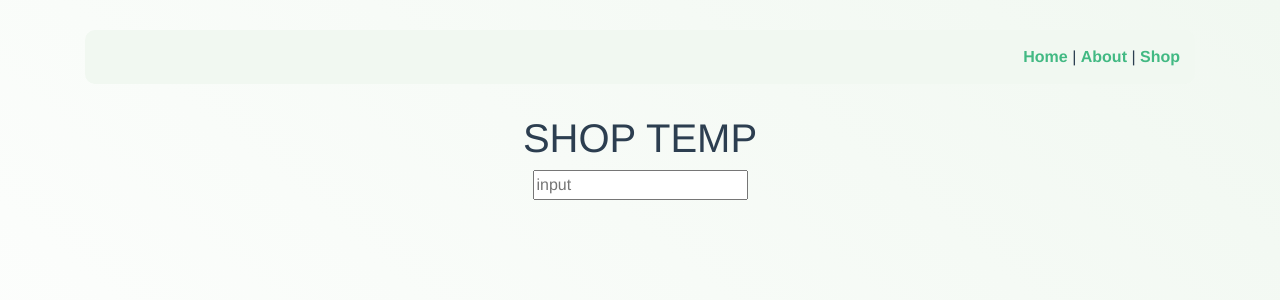
Repository: ramcd86/vuetest
Page: /#/shop
An editor plug-in stored every save of this project. The page is shown before and after the next save, followed by the edit.
The browser window is 1280 px wide. The pictures show the whole page.
The project was rebuilt for these pictures with package versions that can differ from the ones it lists, and the page was loaded fresh each time. Requests to the local data server were answered from the project's data file. Also part of the build but not shown: src/components/HelloWorld.vue, src/views/Home.vue.

Above is the page before, as saved 2019-07-08 11:27:38.

After the next save:
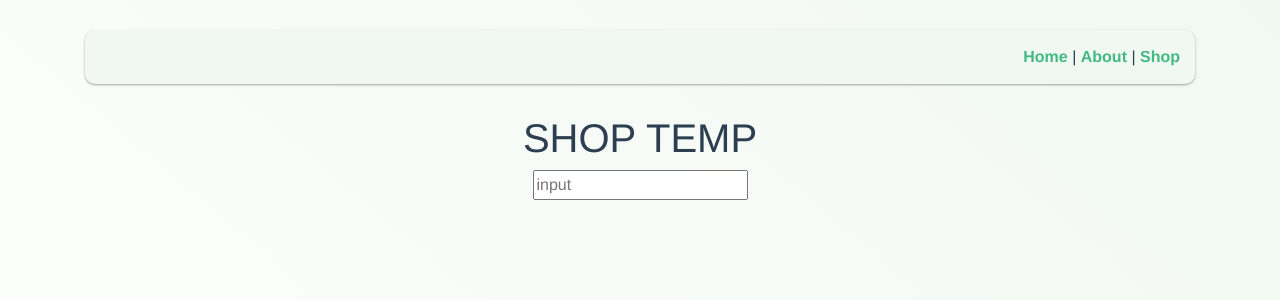
Saved 21 s later.
--- a/src/App.vue
+++ b/src/App.vue
@@ -51,6 +51,8 @@ export default {
   background-color: #f1f8f1;
   padding: 15px;
   border-radius: 10px;
+    box-shadow: 0 1px 3px rgba(0,0,0,0.12), 0 1px 2px rgba(0,0,0,0.24);
+  transition: all 0.3s cubic-bezier(.25,.8,.25,1);
 }
 
 #app {
